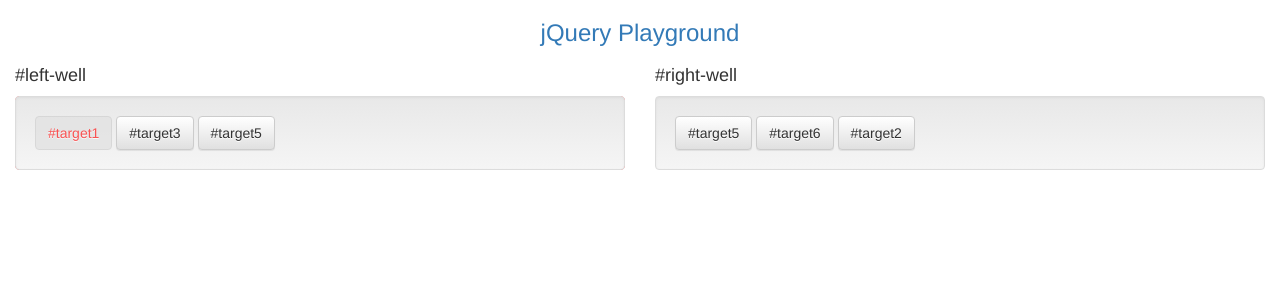
Repository: glgeorgiou/100-days-of-code-projects
Page: Front End Libraries Certification/2.Introduction to jQuery/15.target-the-children-of-an-element.html
These files come from the project's save history. The page is drawn as it stood at one moment and after the next save; the edit follows.
The browser window is 1280 px wide. The pictures show the whole page.

Above is the page before, as saved 2019-05-22 14:15:10.

After the next save:
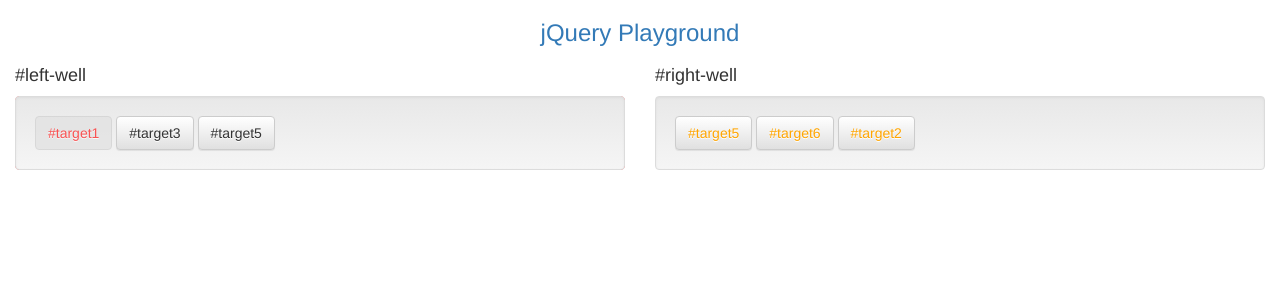
Saved 3 min 10 s later.
--- a/Front End Libraries Certification/2.Introduction to jQuery/15.target-the-children-of-an-element.html
+++ b/Front End Libraries Certification/2.Introduction to jQuery/15.target-the-children-of-an-element.html
@@ -16,7 +16,7 @@
 </head>
 
 <body>
-    <!-- https://api.jquery.com/parent/ -->
+    <!-- https://api.jquery.com/children/ -->
     <script>
         $(document).ready(function() {
             $("#target1").css("color", "red");
@@ -25,7 +25,7 @@
             $("#target2").appendTo("#right-well");
             $("#target5").clone().appendTo("#left-well");
             $("#target1").parent().css("background-color","red");
-
+            $("#right-well").children().css("color", "orange"); //Give the right-well's children an orange color.
         });
     </script>
   <!-- Only change code above this line. -->
